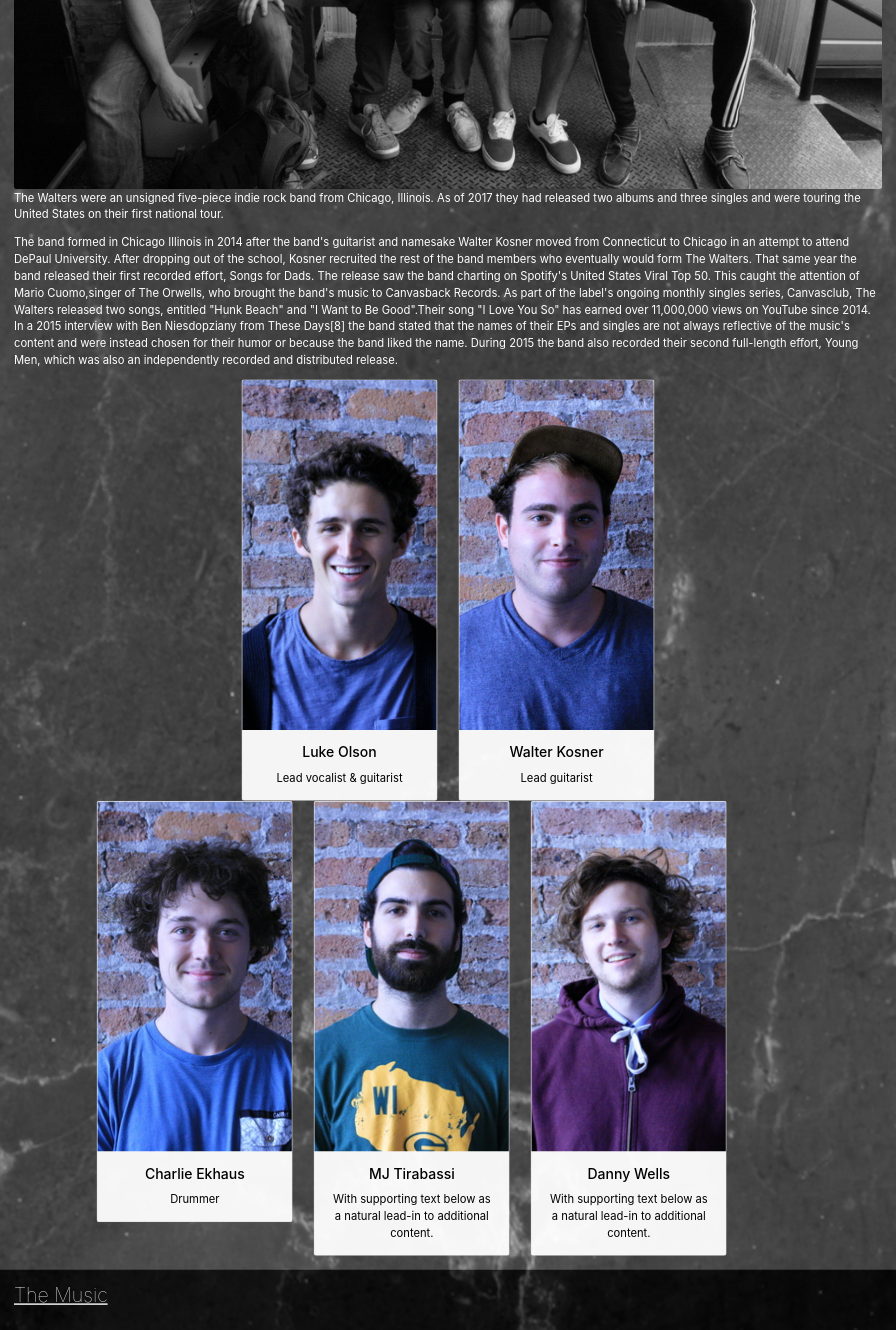
Repository: yucheng91/CIassignment1
Page: index.html
The author's editor kept a record of every edit. The page is drawn from the files as they stood at one moment, then again after the next edit.
The browser window is 1280 px wide. The pictures show the part of the page from y = 1500 to 3400 px (the page is 4669 px tall), at 70% of full size.
Pictures or frames that could not be fetched are drawn as grey boxes.

Above is the page before.

After the next edit:
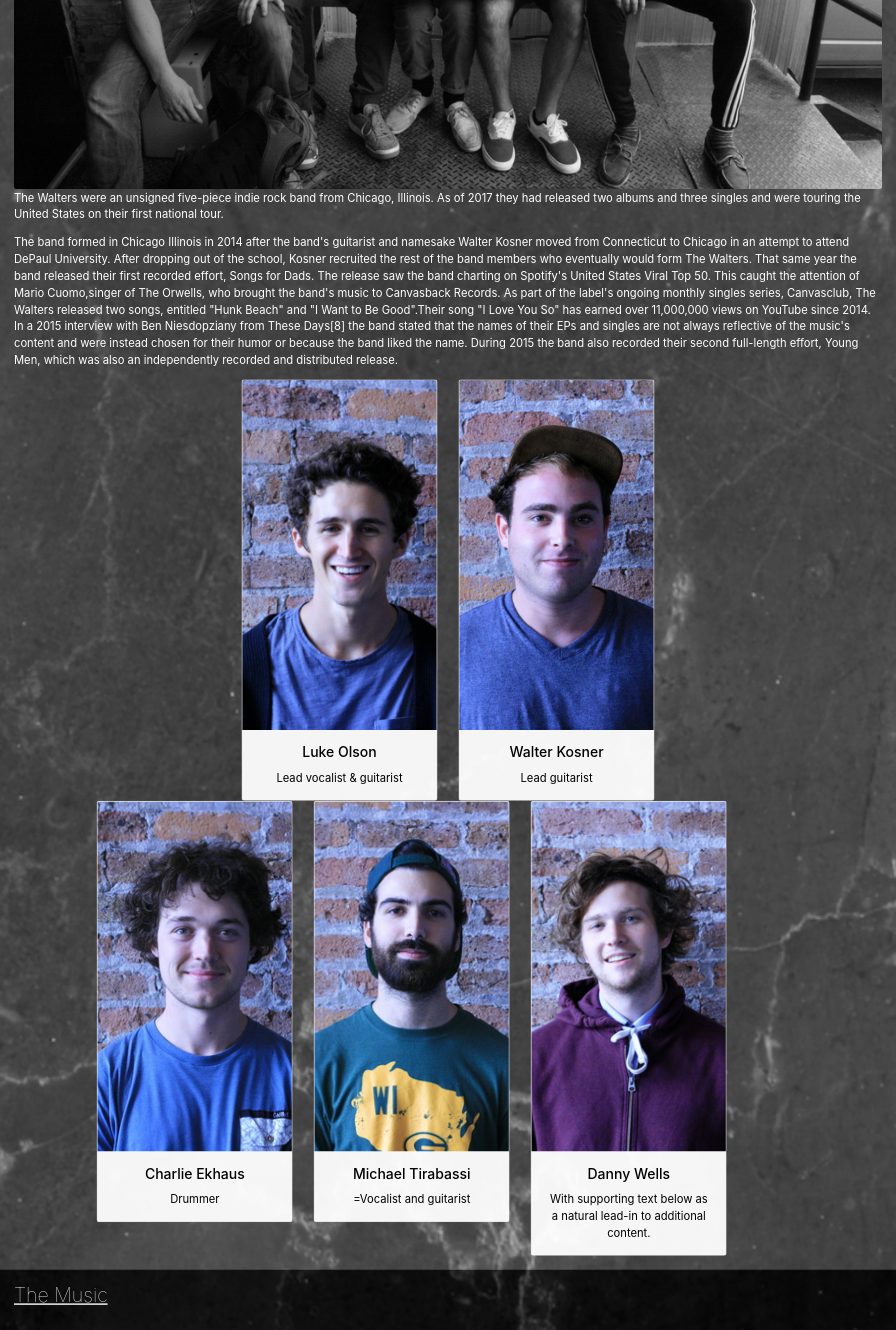
The edit:
--- a/index.html
+++ b/index.html
@@ -151,8 +151,8 @@
             <div class="card">
               <img class="card-img-top" src="images/MJTirabassi.jpeg" alt="Card image cap">
               <div class="card-body">
-                <h5 class="card-title">MJ Tirabassi</h5>
-                <p class="card-text">With supporting text below as a natural lead-in to additional content.</p>
+                <h5 class="card-title">Michael Tirabassi</h5>
+                <p class="card-text">=Vocalist and guitarist</p>
               </div>
             </div>
           </div>
